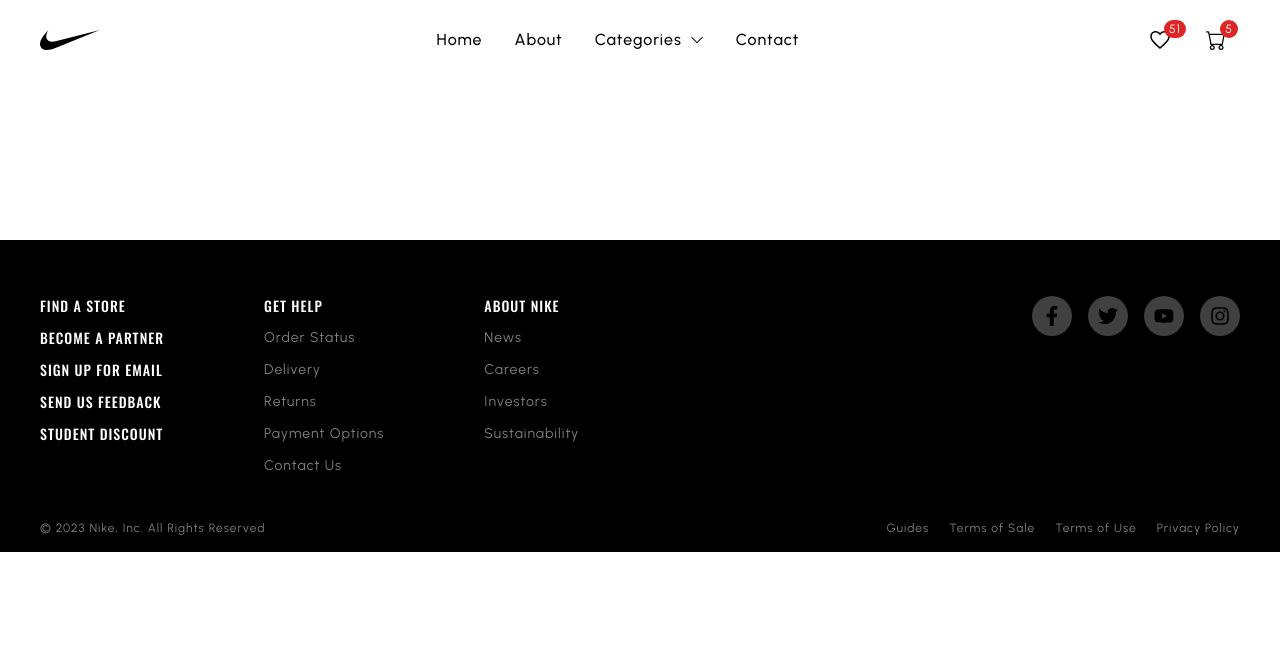
Repository: ducanhaep/shoe-store-frontend
Page: /cart
These files come from the project's save history. The page is drawn as it stood at one moment and after the next save; the edit follows.
The browser window is 1280 px wide. The pictures show the whole page.
The project was rebuilt for these pictures with package versions that can differ from the ones it lists, and the page was loaded fresh each time. The framework's server and built-in components were replaced by stand-ins that run in the browser. Also part of the build but not shown: next.config.js, components/MenuMobile.jsx.

Above is the page before, as saved 2023-04-12 06:57:37.

After the next save:
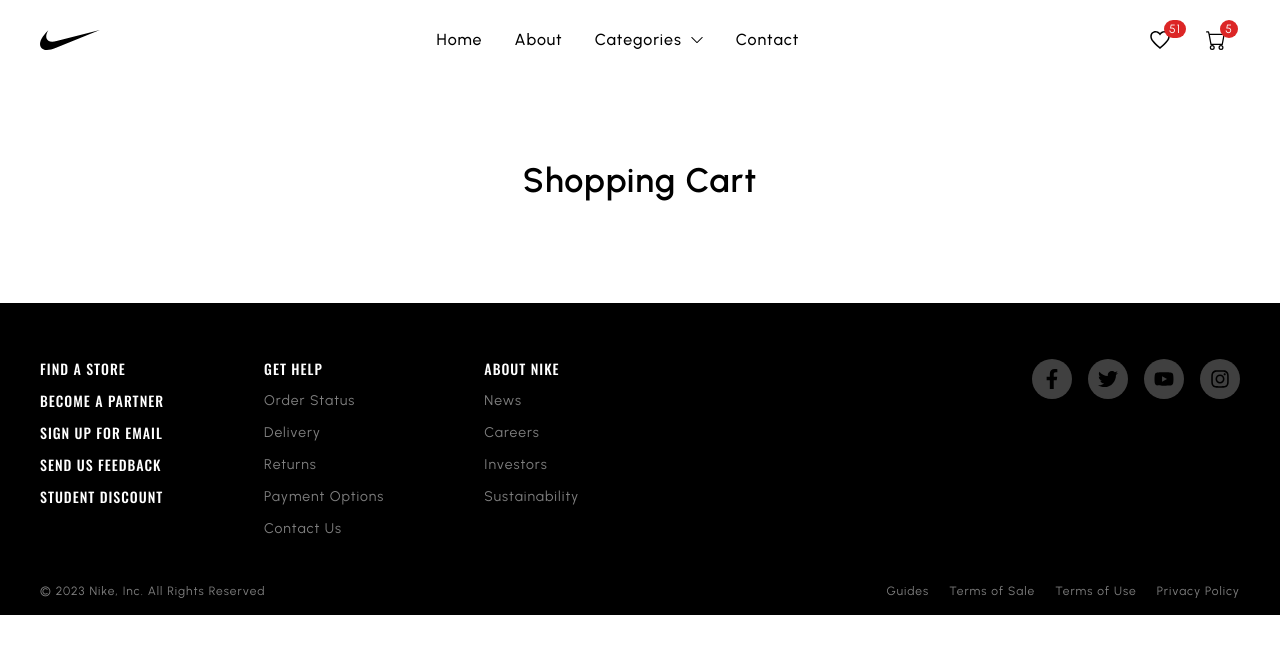
Saved 47 s later.
--- a/pages/cart.js
+++ b/pages/cart.js
@@ -1,3 +1,15 @@
+import Wrapper from "@/components/Wrapper";
+
 export default function Cart() {
-  return <div className="w-full md:py-20"></div>;
+  return (
+    <div className="w-full md:py-20">
+      <Wrapper>
+        <div className="mx-auto mt-8 max-w-[800px] text-center md:mt-0">
+          <div className="mb-5 text-[28px] font-semibold leading-tight md:text-[34px]">
+            Shopping Cart
+          </div>
+        </div>
+      </Wrapper>
+    </div>
+  );
 }
